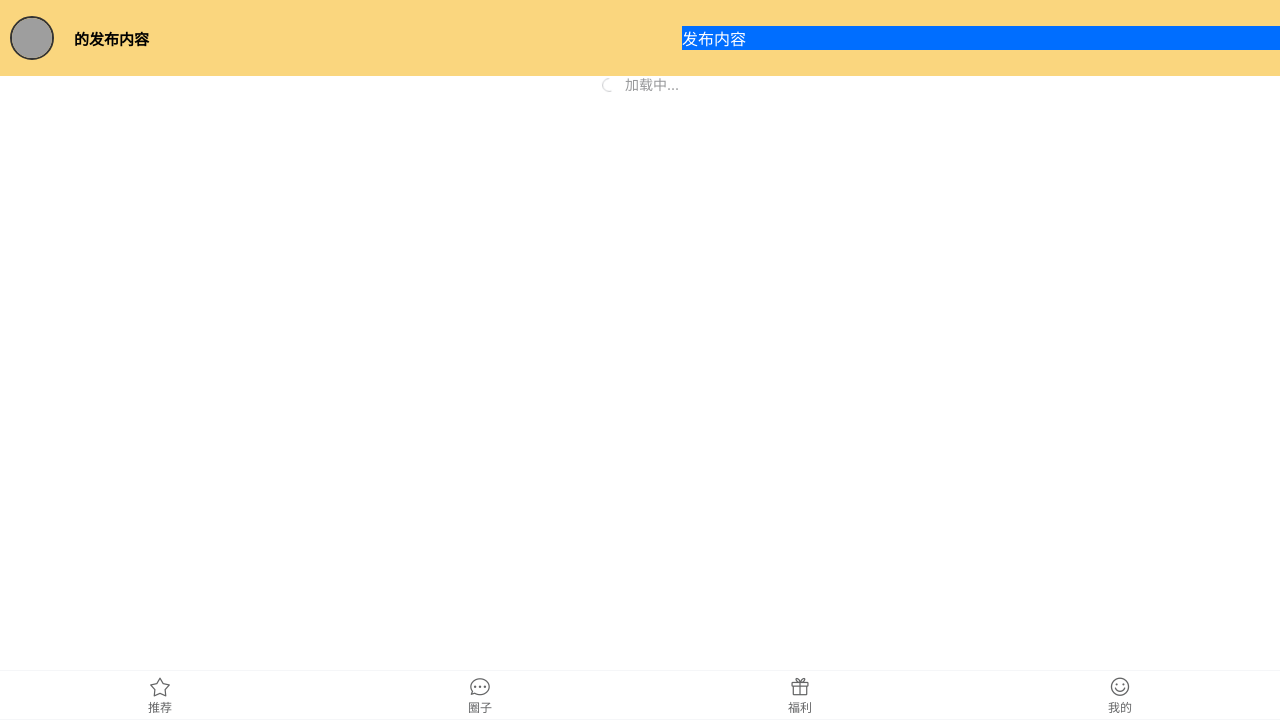
Repository: pbw-langwang/dm
Page: /#/fabu (app in dm_vue/)
These files come from the project's save history. The page is drawn as it stood at one moment and after the next save; the edit follows.
The browser window is 1280 px wide. The pictures show the whole page.
The page's requests for data from a server got no answer. The project was rebuilt for these pictures with package versions that can differ from the ones it lists, and the page was loaded fresh each time. No one was signed in, and anything a server would have sent is missing. Also part of the build but not shown: dm_vue/src/components/HelloWorld.vue, dm_vue/src/components/video.vue, dm_vue/src/components/setting.vue, dm_vue/src/components/gift.vue, dm_vue/src/components/Regist.vue, dm_vue/src/components/history.vue, dm_vue/src/components/Search.vue, dm_vue/src/components/SearchList.vue and 2 more.

Above is the page before, as saved 2021-06-22 16:02:18.

After the next save:
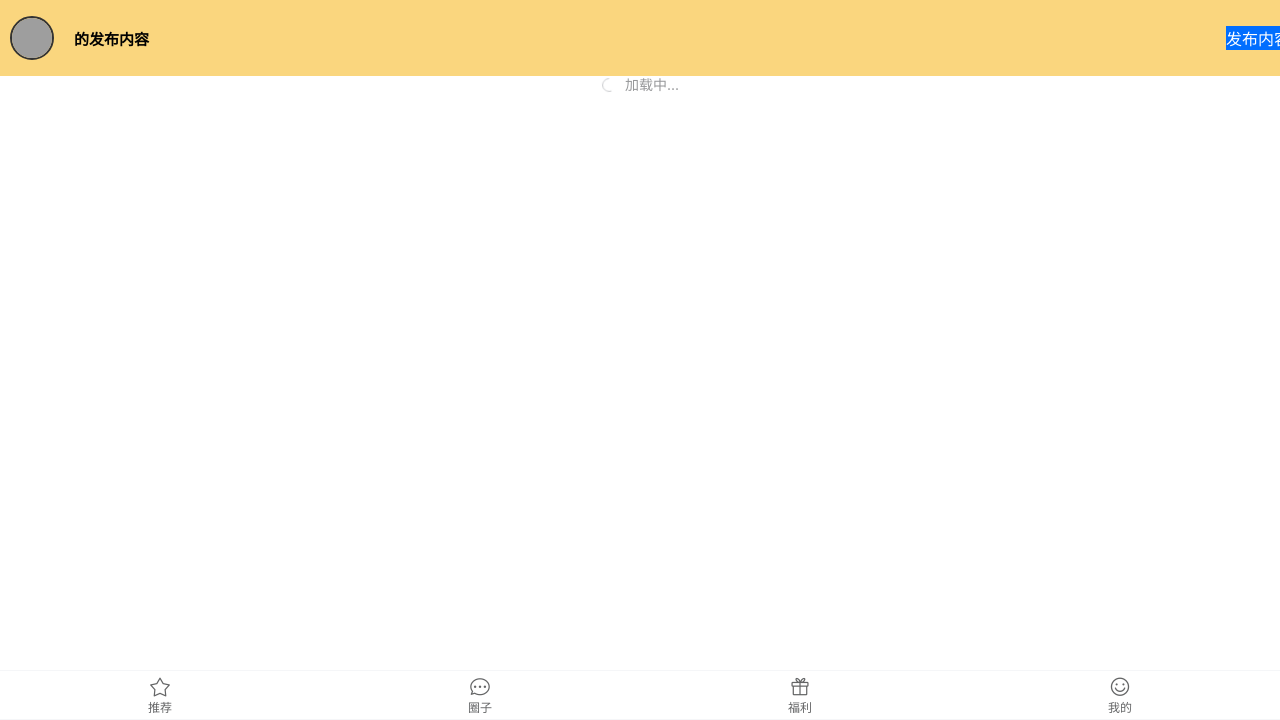
Saved 16 s later.
--- a/dm_vue/src/components/fabu.vue
+++ b/dm_vue/src/components/fabu.vue
@@ -94,7 +94,6 @@ export default {
   font-weight: 700;
 }
 .top p:nth-child(3){
-  flex: 1;
   display: inline-block;
   background-color: rgb(0, 110, 255);
   color: white;
